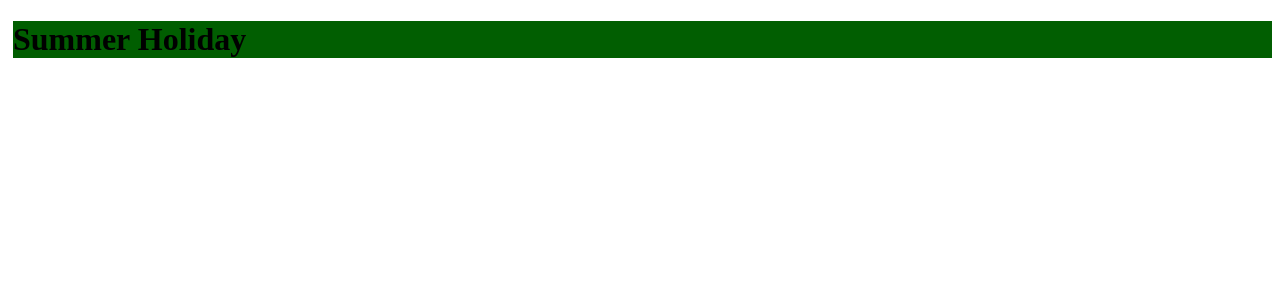
Repository: Lehuyhuynh/BT1-CSS
Page: index.html
An editor plug-in stored every save of this project. The page is shown before and after a run of saves, followed by the edit.
The browser window is 1280 px wide. The pictures show the whole page.

Above is the page before, as saved 2023-08-16 14:27:47.

After the next 3 saves:
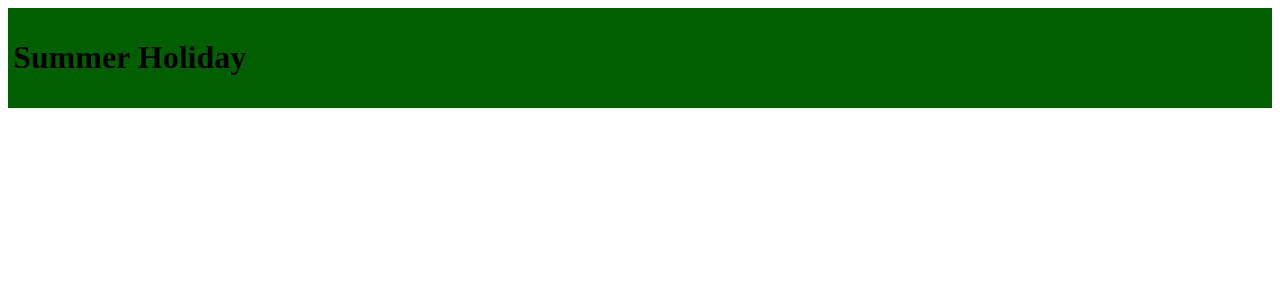
The 3 saves are shown as one change because they came seconds apart.
The last was saved 19 s later.
--- a/style.css
+++ b/style.css
@@ -4,7 +4,7 @@
 .head
 {
   background-color: rgb(1, 94, 1);
-  margin: 10px 0 10px 5px;
+  padding: 10px 0 10px 5px;
 }
 h2{
   color: white;
